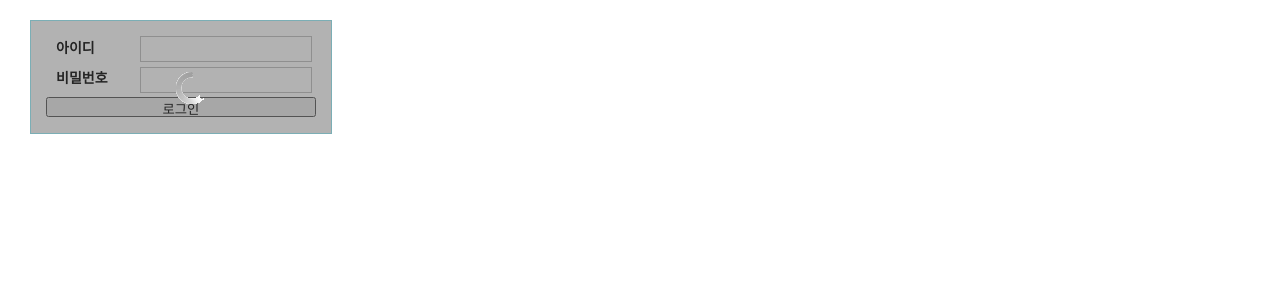
Repository: Choiinhwan11/JAVA
Page: Web/workspace/AJax_jQuery/src/main/webapp/02_xml/exam04.html
The author's editor kept a copy of each file at every save. The page is drawn from the files as they stood at one save, then again after the next save.
The browser window is 1280 px wide. The pictures show the whole page.

Above is the page before, as saved 2024-02-16 08:02:01.

After the next save:
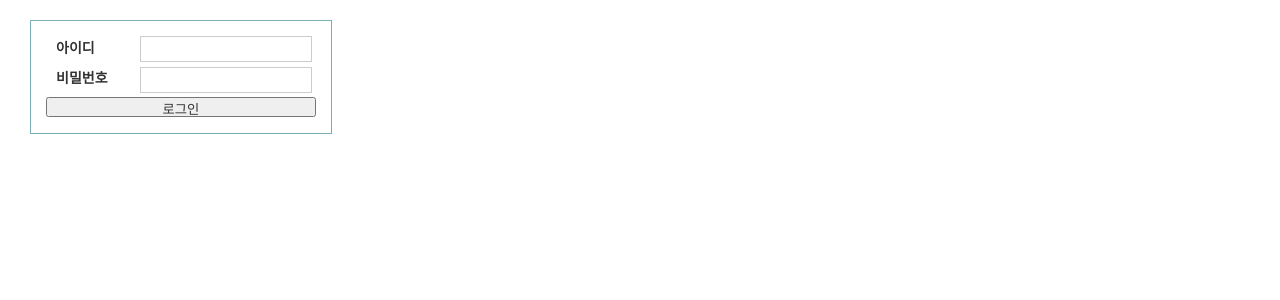
Saved 36 s later.
--- a/Web/workspace/AJax_jQuery/src/main/webapp/02_xml/exam04.html
+++ b/Web/workspace/AJax_jQuery/src/main/webapp/02_xml/exam04.html
@@ -64,7 +64,7 @@ body {
    width: 100%;
    height: 100%;
    background-color: rgba(0, 0, 0, 0.3);
-/*    display: none; */
+    display: none;
 }
 
 #login .loader img {
